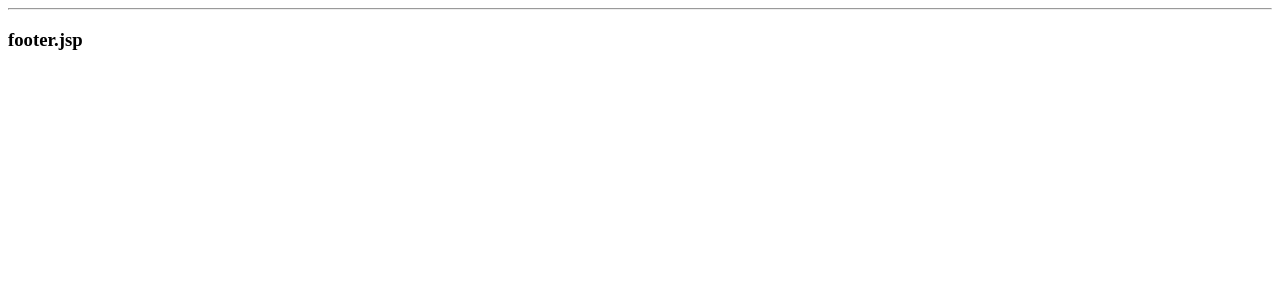
Repository: serendipity63/jsp_workspace
Page: http://localhost/JspExam/footer.jsp
The author's editor kept a copy of each file at every save. The page is drawn from the files as they stood at one save, then again after the next save.
The browser window is 1280 px wide. The pictures show the whole page.
The page is served by Tomcat 9.

Above is the page before, as saved 2023-09-19 06:29:40.

### JspExam/src/main/webapp/footer.jsp
<%@ page language="java" contentType="text/html; charset=UTF-8"
    pageEncoding="UTF-8"%>
<hr>
<h3>footer.jsp</h3>

After the next save:
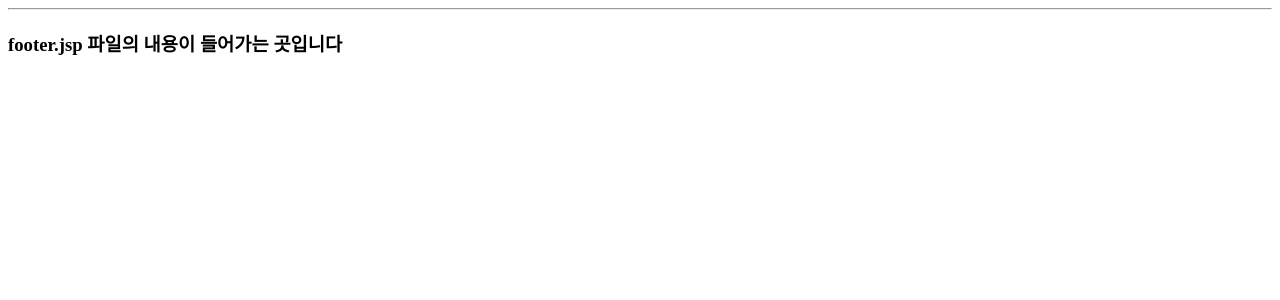
Saved 14 s later.
--- a/JspExam/src/main/webapp/footer.jsp
+++ b/JspExam/src/main/webapp/footer.jsp
@@ -1,4 +1,4 @@
 <%@ page language="java" contentType="text/html; charset=UTF-8"
     pageEncoding="UTF-8"%>
 <hr>
-<h3>footer.jsp</h3>
+<h3>footer.jsp 파일의 내용이 들어가는 곳입니다</h3>
